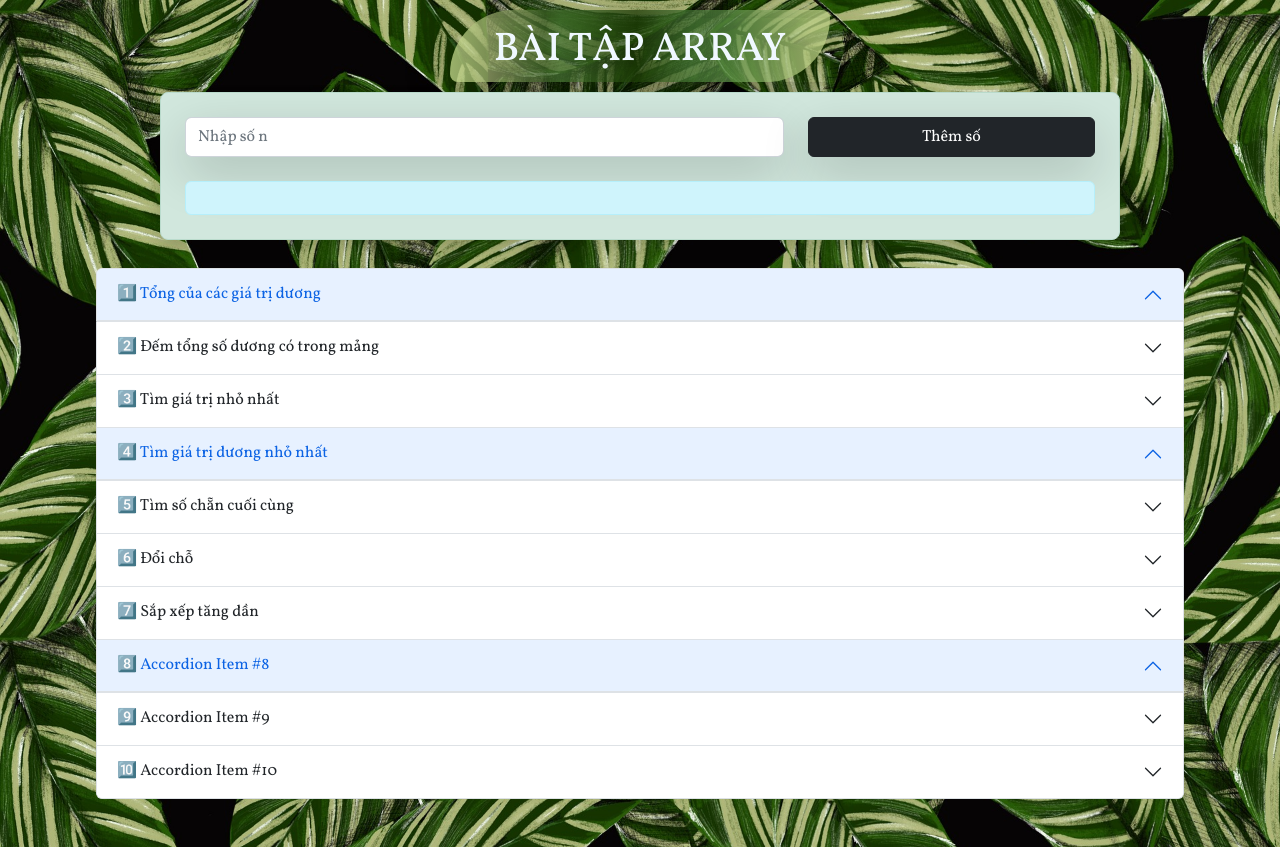
Repository: hcozyph/TranHuuPhuoc_BC43_BT_JS_Buoi7_8_ARRAY
Page: index.html
An editor plug-in stored every save of this project. The page is shown before and after the next save, followed by the edit.
The browser window is 1280 px wide. The pictures show the whole page.
Backgrounds fixed to the window are drawn as part of the page.

Above is the page before, as saved 2023-02-24 22:10:29.

After the next save:
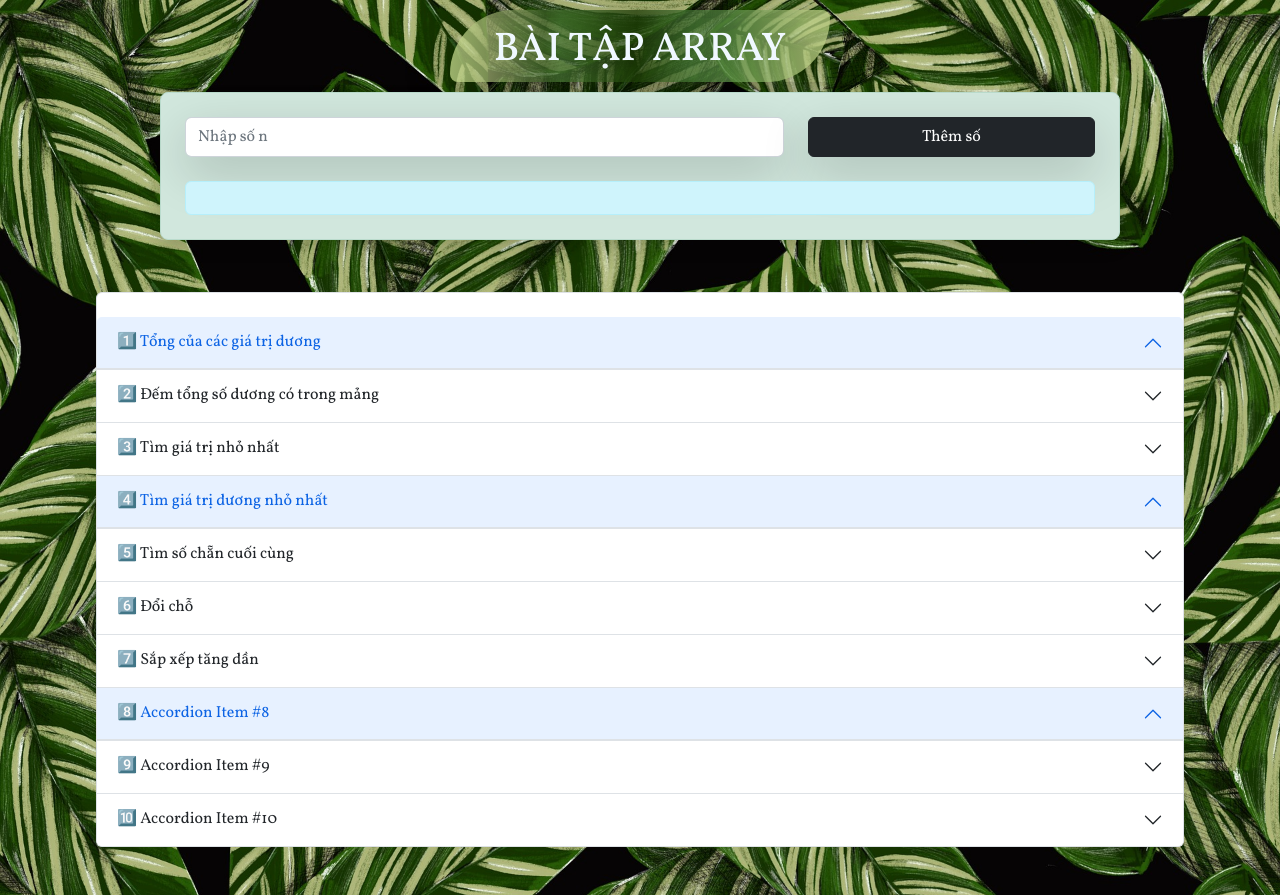
Saved 39 min 41 s later.
--- a/index.html
+++ b/index.html
@@ -74,8 +74,8 @@
             <div class="bt-array-content p-xl-5 p-4 mx-5 rounded-3">
                 <div class="accordion" id="accordionExample">
                     <!-- Task 1: Tính tổng số dương -->
-                    <div class="accordion-item" id="bt1">
-                        <h2 class="accordion-header" id="headingOne">
+                    <div class="accordion-item mt-4" id="bt1">
+                        <h2 class="accordion-header mt-4" id="headingOne">
                             <button
                                 class="accordion-button"
                                 type="button"
